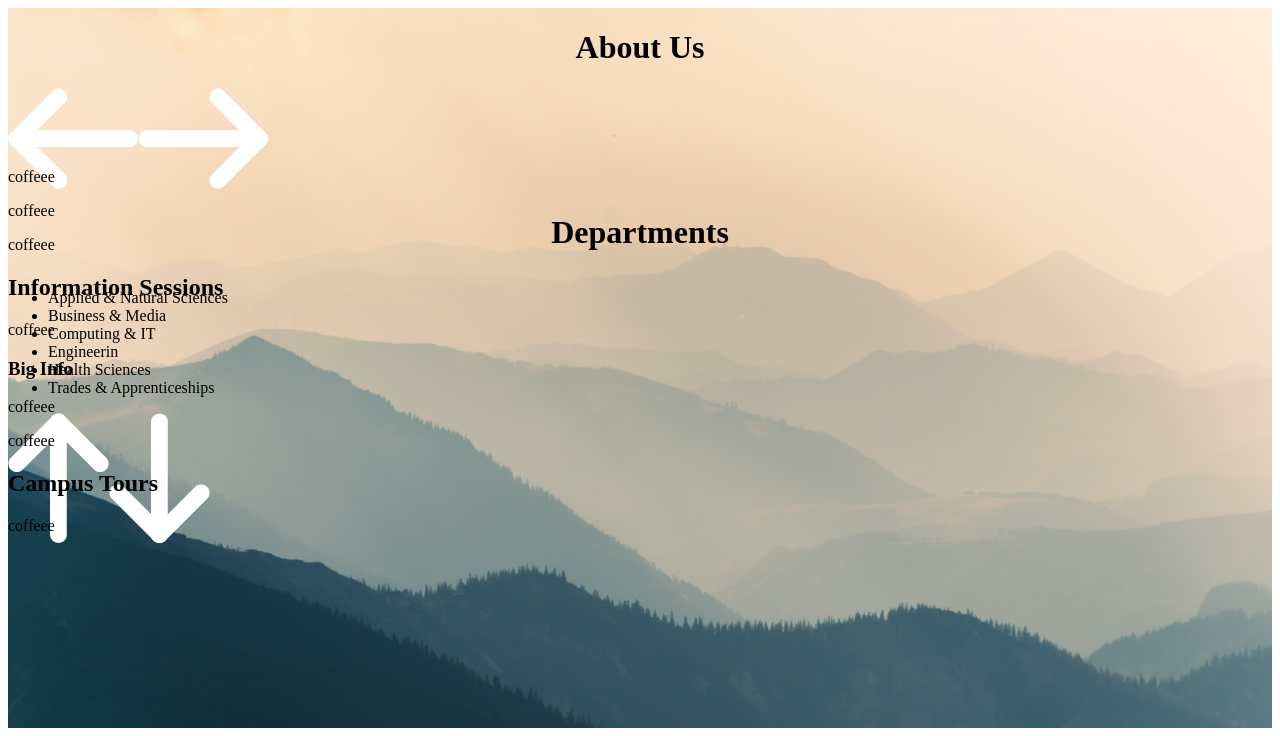
Repository: sierralaurent/MDIA2109-Assignment01
Page: /about
These files come from the project's save history. The page is drawn as it stood at one moment and after the next save; the edit follows.
The browser window is 1280 px wide. The pictures show the whole page.
The project was rebuilt for these pictures with package versions that can differ from the ones it lists, and the page was loaded fresh each time. The framework's server and built-in components were replaced by stand-ins that run in the browser. Also part of the build but not shown: next.config.js.

Above is the page before, as saved 2023-02-02 18:46:02.

After the next save:
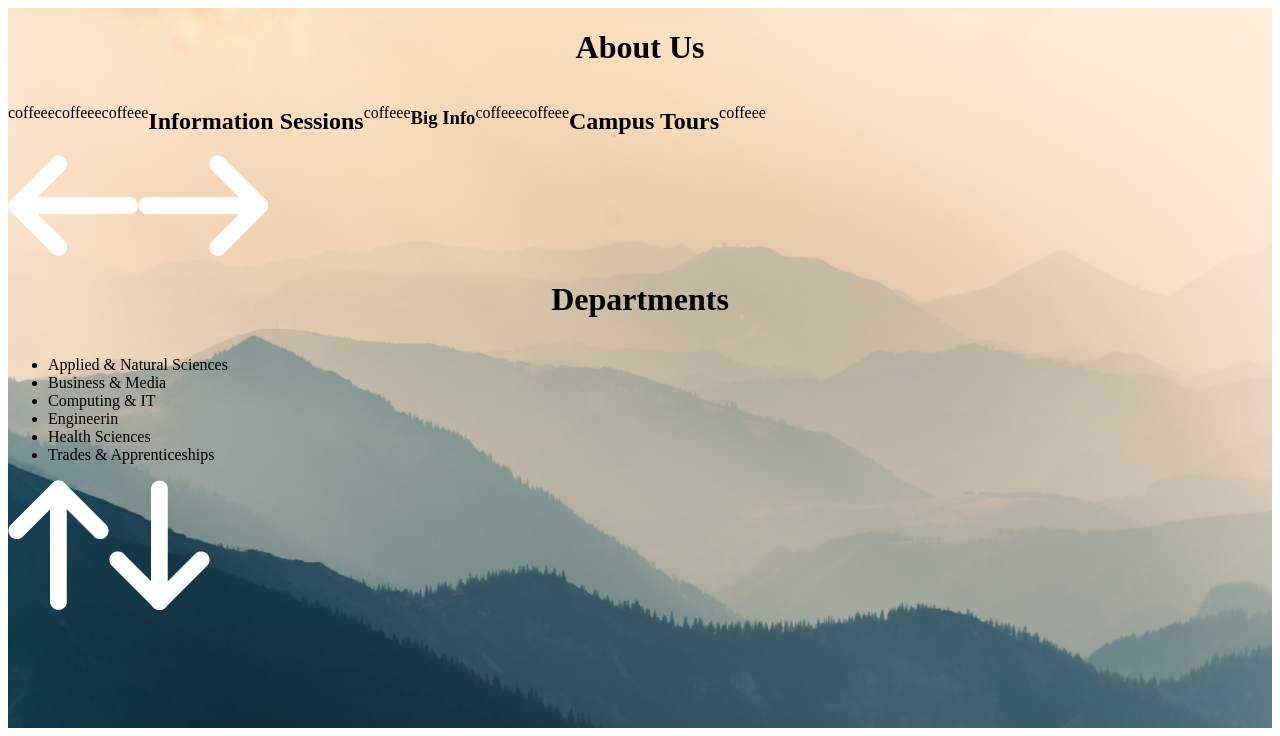
Saved 59 s later.
--- a/styles/Home.module.css
+++ b/styles/Home.module.css
@@ -20,8 +20,8 @@
 }
 
 .info1 {
-  position: absolute;
-  top: 20%;
+  display: flex;
+  justify-content: left;
 }
 
 .header {
